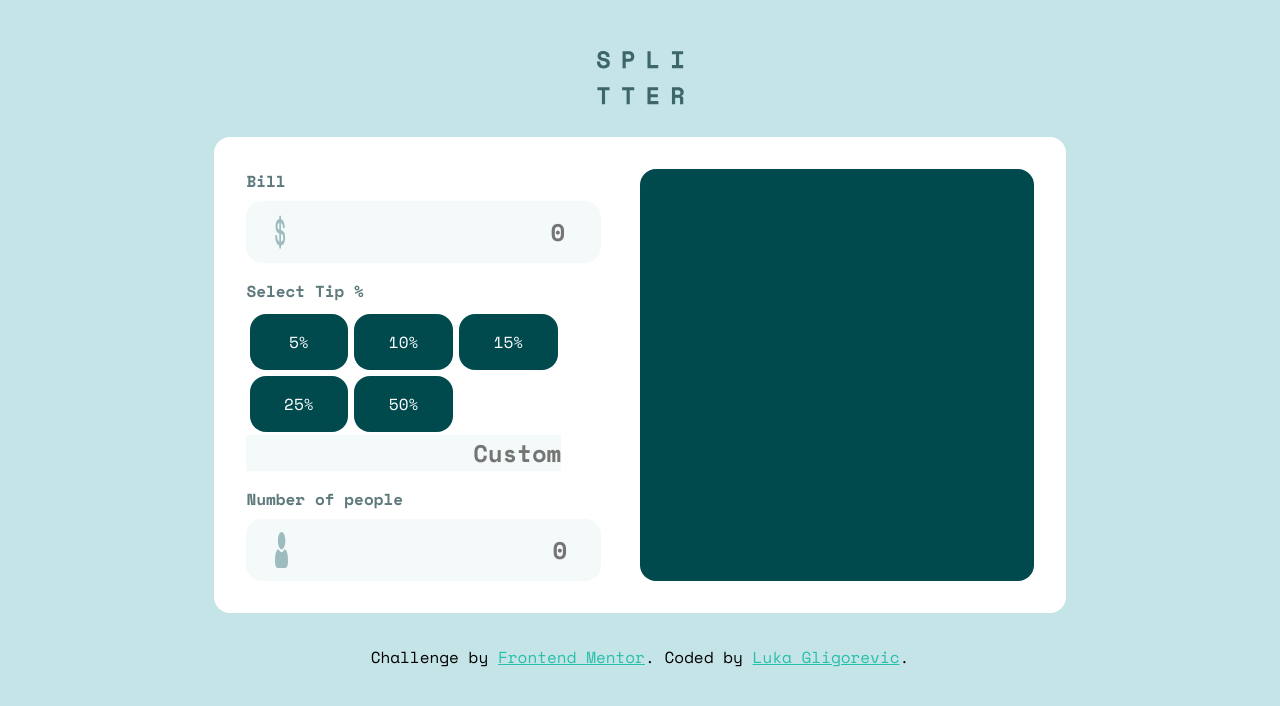
Repository: gligor99/tip-fmentor
Page: /
An editor plug-in stored every save of this project. The page is shown before and after the next save, followed by the edit.
The browser window is 1280 px wide. The pictures show the whole page.
The project was rebuilt for these pictures with package versions that can differ from the ones it lists, and the page was loaded fresh each time.

Above is the page before, as saved 2021-11-26 22:50:49.

### src/index.css
@import url("https://fonts.googleapis.com/css2?family=Space+Mono:wght@400;700&display=swap");

:root {
  --clr-primary: hsl(172, 67%, 45%);
  --clr-dark-cyan: hsl(183, 100%, 15%);
  --clr-dark-grayish-cyan: hsl(186, 14%, 43%);
  --clr-dark-grayish-cyan2: hsl(184, 14%, 56%);
  --clr-light-grayish-cyan: hsl(185, 41%, 84%);
  --clr-light-grayish-cyan2: hsl(189, 41%, 97%);
  --clr-white: hsl(0, 0%, 100%);
}

*,
::after,
::before {
  margin: 0;
  padding: 0;
  box-sizing: border-box;
}
body {
  font-family: "Space Mono", sans-serif;
  background: var(--clr-light-grayish-cyan);
  color: var(--clr-grey-1);
  line-height: 1.5;
  font-size: 1rem;
}

.App {
  display: flex;
  flex-direction: column;
  justify-content: center;
  padding: 2rem;
  max-height: 100vh;
}

.logo {
  display: flex;
  justify-content: center;
  padding: 2rem;
}

.attribution {
  font-size: 1rem;
  text-align: center;
  padding: 2rem;
}
.attribution a {
  color: var(--clr-primary);
}

.container {
  display: flex;
  justify-content: center;
  align-items: center;
  background-color: var(--clr-white);
  height: 30rem;
  width: 70%;
  margin: auto;
  padding: 2em;
  border-radius: 1rem;
}
.left-side,
.right-side {
  display: inline-block;
  height: 100%;
  width: 100%;
  border-radius: 1rem;
}
.left-side {
  background-color: var(--clr-white);
  display: flex;
  flex-direction: column;
}
.right-side {
  background-color: var(--clr-dark-cyan);
}
label {
  display: inline-block;
  margin-top: 1rem;
  margin-block-end: 0.5em;
  font-weight: 900;
  color: var(--clr-dark-grayish-cyan);
}

label:nth-child(1) {
  margin-top: 0px;
}
.input-div {
  background-color: hsl(189, 41%, 97%);
  width: 90%;
  border-radius: 1rem;
  margin-top: 0px;
  padding: 0.8rem;
  display: flex;
}
/* Hiding arrows from number inputs */
/* Chrome, Safari, Edge, Opera */
input::-webkit-outer-spin-button,
input::-webkit-inner-spin-button {
  -webkit-appearance: none;
  margin: 0;
}

/* Firefox */
input[type="number"] {
  -moz-appearance: textfield;
}

input {
  background-color: var(--clr-light-grayish-cyan2);
  font-family: "Space Mono", monospace;
  color: var(--clr-dark-cyan);
  font-size: 1.5rem;
  font-weight: 900;
  text-align: right;
  border: none;
  width: 80%;
}

.input-icon {
  padding-left: 1rem;
  padding-right: 1rem;
}

.percentage-btn,
.custom-tip,
.reset-btn {
  font-family: "Space Mono", monospace;
  font-size: 1rem;
  padding: 1rem;
  text-align: center;
}

.percentage-btn,
.custom-tip {
  width: 25%;
  border: none;
  border-radius: 1rem;
  margin-bottom: 1rem;
}

.percentage-btn {
  background-color: hsl(183, 100%, 15%);
  color: hsl(0, 0%, 100%);
  margin: 0.2rem;
}

.custom-tip {
  color: hsl(186, 14%, 43%);
  font-weight: bold;
  background-color: hsl(189, 41%, 97%);
}

.percentage-btn:hover,
.percentage-btn:focus {
  background-color: hsl(172, 67%, 45%);
  color: hsl(183, 100%, 15%);
}

@media screen and (max-width: 700px) {
  .App {
    display: flex;
    flex-direction: rows;
    justify-content: center;
    padding: 1rem;
  }
  .container {
    background-color: var(--clr-white);
    height: 30rem;
    width: 100%;
    margin: auto;
  }
  .left-side,
  .right-side {
    display: inline-block;
    height: 100%;
    width: 100%;
    padding: 2rem;
    border-radius: 1rem;
  }
  .left-side {
    background-color: whites;
  }
  .right-side {
    background-color: var(--clr-dark-cyan);
  }
}

### src/App.tsx
import Footer from "./components/Footer";
import logo from "./assets/logo.svg";
import Tipper from "./components/Tipper";

function App() {
  return (
    <div className="App">
      <div className="logo">
        <img src={logo} alt="logo" />
      </div>
      <Tipper />
      <Footer name="Luka Gligorevic" />
    </div>
  );
}

export default App;

### src/components/Footer.tsx
type Props = {
  name: String;
};

const Footer: React.FC<Props> = ({ name }) => {
  return (
    <div className="attribution">
      Challenge by{" "}
      <a
        href="https://www.frontendmentor.io?ref=challenge"
        target="_blank"
        rel="noreferrer"
      >
        Frontend Mentor
      </a>
      . Coded by <a href="https://github.com/gligor99">{name}</a>.
    </div>
  );
};

export default Footer;

### src/components/Tipper.tsx
import iconDollar from "../assets/icon-dollar.svg";
import iconPeople from "../assets/icon-person.svg";

const Tipper = () => {
  return (
    <section className="container">
      <div className="left-side">
        <form>
          <label htmlFor="bill">Bill</label>
          <div className="input-div">
            <img className="input-icon" src={iconDollar} alt="dollarIcon" />
            <input type="number" placeholder="0" />
          </div>
          <label htmlFor="select-tip">Select Tip %</label>
          <div className="buttons">
            <button className="percentage-btn" data-value="5">
              5%
            </button>
            <button className="percentage-btn" data-value="5">
              10%
            </button>
            <button className="percentage-btn" data-value="5">
              15%
            </button>
            <button className="percentage-btn" data-value="5">
              25%
            </button>
            <button className="percentage-btn" data-value="5">
              50%
            </button>
            <input type="number" placeholder="Custom" />
          </div>
          <label htmlFor="no-of-people">Number of people</label>
          <div className="input-div">
            <img className="input-icon" src={iconPeople} alt="personIcon" />
            <input type="number" placeholder="0" />
          </div>
        </form>
      </div>
      <div className="right-side"></div>
    </section>
  );
};

export default Tipper;

Loaded but not shown: public/index.html (common file); src/index.tsx (common file)

After the next save:
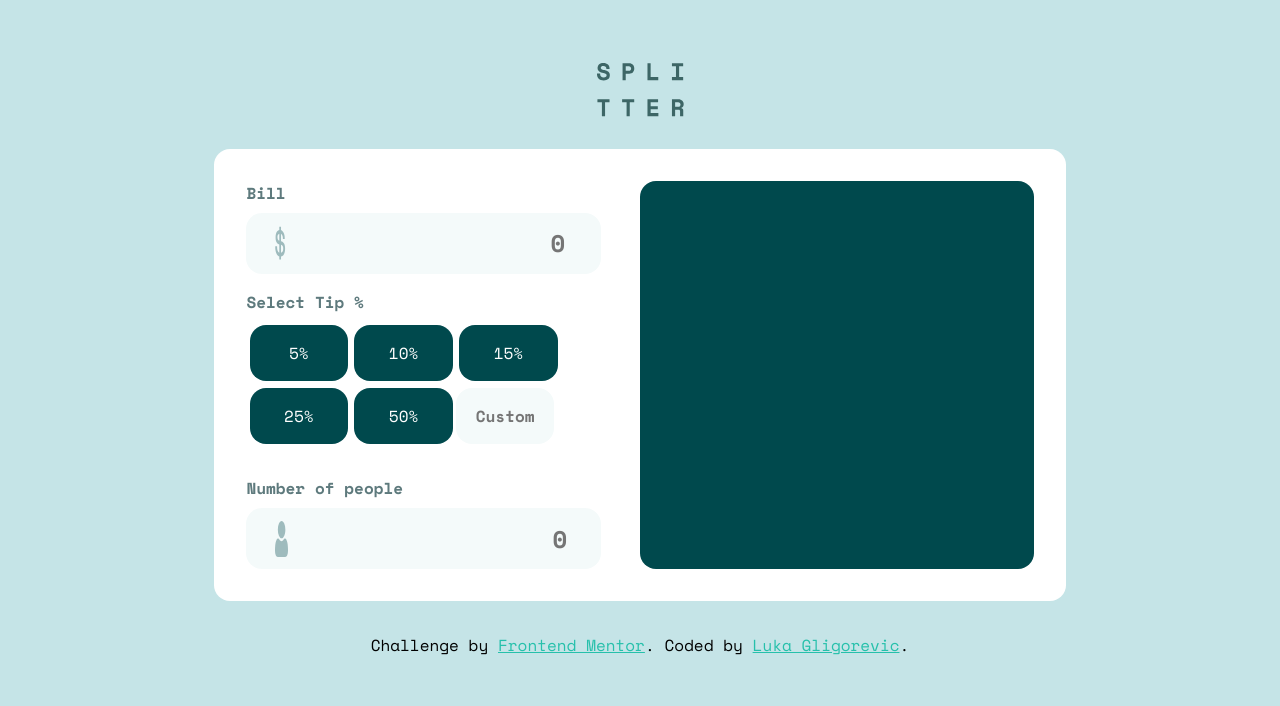
Saved 50 s later.
--- a/src/components/Tipper.tsx
+++ b/src/components/Tipper.tsx
@@ -28,7 +28,7 @@ const Tipper = () => {
             <button className="percentage-btn" data-value="5">
               50%
             </button>
-            <input type="number" placeholder="Custom" />
+            <input type="number" placeholder="Custom" className="custom-tip" />
           </div>
           <label htmlFor="no-of-people">Number of people</label>
           <div className="input-div">
